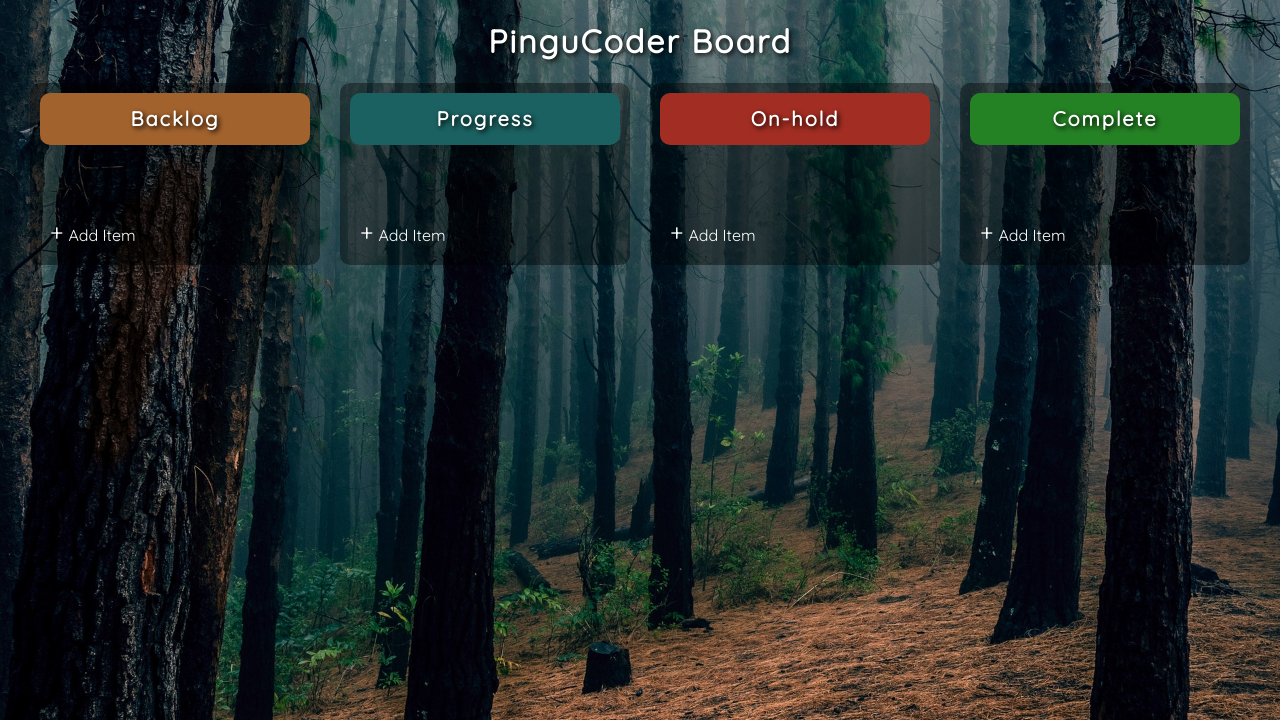
Repository: chanwarichawki/6Drag-And-Drop
Page: index.html
These files come from the project's save history. The page is drawn as it stood at one moment and after the next save; the edit follows.
The browser window is 1280 px wide. The pictures show the whole page.

Above is the page before, as saved 2023-12-26 16:25:54.

### index.html
<!DOCTYPE html>
<html lang="en">
<head>
    <meta charset="UTF-8">
    <meta name="viewport" content="width=device-width, initial-scale=1.0">
    <title>Drag and Drop</title>
    <link rel="icon" type="image/png" href="favicon.png">
    <link rel="stylesheet" href="style.css">
</head>
<body>
    <h1 class="main-title">PinguCoder Board</h1>
    <div class="drag-container">
      <ul class="drag-list">
        <!-- backLog column -->
        <li class="drag-column backlog-column">
        <span class="header">
          <h1>Backlog</h1>
        </span>
        <!-- backLog content -->
        <div id="backlog-content" class="custom-scroll">
          <ul class="drag-item-list" id="backlog-list">
            <li class="drag-item">testing</li>
            <li class="drag-item">testing</li>
            <li class="drag-item">testing</li>
          </ul>
        </div>
        <!-- add button group -->
        <div class="add-btn-group">
          <div class="add-btn">
            <span class="plus-sign">+</span>
            <span>Add Item</span>
          </div>
          <div class="add-btn solid">
            <span>Sve Item</span>
          </div>
          <div class="add-container">
            <div class="add-item"></div>
          </div>
        </div>
      </li>


        <!-- progress column -->
        <li class="drag-column progress-column">
        <span class="header">
          <h1>Progress</h1>
        </span>
        <!-- progress content -->
        <div id="progress-content" class="custom-scroll">
          <ul class="drag-item-list" id="progress-list">
            <li class="drag-item">testing</li>
            <li class="drag-item">testing</li>
            <li class="drag-item">testing</li>
          </ul>
        </div>
        <!-- add button group -->
        <div class="add-btn-group">
          <div class="add-btn">
            <span class="plus-sign">+</span>
            <span>Add Item</span>
          </div>
          <div class="add-btn solid">
            <span>Sve Item</span>
          </div>
          <div class="add-container">
            <div class="add-item"></div>
          </div>
        </div>
      </li>


        <!-- on-hold column -->
        <li class="drag-column on-hold-column">
        <span class="header">
          <h1>On-hold</h1>
        </span>
        <!-- on-hold content -->
        <div id="on-hold-content" class="custom-scroll">
          <ul class="drag-item-list" id="on-hold-list">
            <li class="drag-item">testing</li>
            <li class="drag-item">testing</li>
            <li class="drag-item">testing</li>
          </ul>
        </div>
        <!-- add button group -->
        <div class="add-btn-group">
          <div class="add-btn">
            <span class="plus-sign">+</span>
            <span>Add Item</span>
          </div>
          <div class="add-btn solid">
            <span>Sve Item</span>
          </div>
          <div class="add-container">
            <div class="add-item"></div>
          </div>
        </div>
      </li>


        <!-- complete column -->
        <li class="drag-column complete-column">
        <span class="header">
          <h1>Complete</h1>
        </span>
        <!-- complete content -->
        <div id="complete-content" class="custom-scroll">
          <ul class="drag-item-list" id="complete-list">
            <li class="drag-item">testing</li>
            <li class="drag-item">testing</li>
            <li class="drag-item">testing</li>
            <li class="drag-item">Lorem ipsum dolor sit, amet consectetur adipisicing elit. Officia placeat sit iure deleniti reprehenderit non hic ea asperiores voluptates quod dignissimos, nulla ab veritatis? Vero iure sequi neque facere consectetur.
            Sit explicabo fugiat obcaecati voluptates vitae non, quia laboriosam, libero rem odit perferendis excepturi ex totam? Dolor molestias, qui dignissimos minima nulla, optio maiores minus modi commodi alias vitae pariatur?
            Voluptates, modi eum consequatur facilis asperiores assumenda repellendus laboriosam eligendi sunt quos ut, cum, numquam mollitia fugiat provident alias id adipisci! Culpa adipisci explicabo, voluptatibus nulla quaerat voluptatem ab mollitia?
            Ab ad repellendus labore incidunt ducimus officia vero sequi. Sint harum reprehenderit non quia quibusdam at dignissimos assumenda illum, ipsum voluptatem sed provident iusto pariatur ut nisi et illo quae.</li>
          </ul>
        </div>
        <!-- add button group -->
        <div class="add-btn-group">
          <div class="add-btn">
            <span class="plus-sign">+</span>
            <span>Add Item</span>
          </div>
          <div class="add-btn solid">
            <span>Sve Item</span>
          </div>
          <div class="add-container">
            <div class="add-item"></div>
          </div>
        </div>
      </li>


      </ul>
    </div>
    <!-- Script -->
    <script src="script.js"></script>
</body>
</html>

### style.css
/* Trees Image - Pexels: https://www.pexels.com/photo/photo-of-trees-in-forest-3801030/ */
@import url("https://fonts.googleapis.com/css?family=Quicksand&display=swap");

html {
  box-sizing: border-box;
}

:root {
  --column-1: #a2622d;
  --column-2: #1b6161;
  --column-3: #248224;
  --column-4: #a22d22;
}

body {
  margin: 0;
  background: url("./trees.jpg");
  background-size: cover;
  background-position: 50% 60%;
  background-attachment: fixed;
  color: white;
  font-family: Quicksand, sans-serif;
  overflow-y: hidden;
}

h1 {
  letter-spacing: 2px;
  text-shadow: 2px 2px 5px black;
}

.main-title {
  text-align: center;
  font-size: 3rem;
}

ul {
  list-style-type: none;
  margin: 0;
  padding: 0;
}

.drag-container {
  margin: 20px;
}

.drag-list {
  display: flex;
  align-items: flex-start;
}

/* Columns */
.drag-column {
  flex: 1;
  margin: 0 10px;
  position: relative;
  background-color: rgba(0, 0, 0, 0.4);
  border-radius: 10px;
  overflow-x: hidden;
}

.backlog-column .header,
.backlog-column .solid,
.backlog-column .solid:hover,
.backlog-column .over {
  background-color: var(--column-1);
}

.progress-column .header,
.progress-column .solid,
.progress-column .solid:hover,
.progress-column .over {
  background-color: var(--column-2);
}

.complete-column .header,
.complete-column .solid,
.complete-column .solid:hover,
.complete-column .over {
  background-color: var(--column-3);
}

.on-hold-column .header,
.on-hold-column .solid,
.on-hold-column .solid:hover,
.on-hold-column .over {
  background-color: var(--column-4);
}

/* Custom Scrollbar */
.custom-scroll {
  overflow-y: auto;
  max-height: 52vh;
}

.custom-scroll::-webkit-scrollbar-track {
  box-shadow: inset 0 0 6px rgba(0, 0, 0, 0.4);
  border-radius: 10px;
  background-color: rgba(255, 255, 255, 0.3);
  margin-right: 5px;
}

.custom-scroll::-webkit-scrollbar {
  width: 10px;
}

.custom-scroll::-webkit-scrollbar-thumb {
  border-radius: 10px;
  box-shadow: inset 0 0 6px rgba(0, 0, 0, 0.3);
  background-color: rgba(0, 0, 0, 0.8);
}

.header {
  display: flex;
  justify-content: center;
  border-radius: 10px;
  margin: 10px;
}

.header h1 {
  font-size: 1.25rem;
}

/* Drag and Drop */
.over {
  padding: 50px 10px;
}

.drag-item-list {
  min-height: 50px;
}

.drag-item {
  margin: 10px;
  padding: 10px;
  height: fit-content;
  background-color: rgba(0, 0, 0, 0.8);
  border-radius: 10px;
  line-height: 1.5rem;
  letter-spacing: 1px;
  cursor: pointer;
}

.drag-item:focus {
  outline: none;
  background-color: white;
  color: black;
}

/* Add Button Group */
.add-btn-group {
  display: flex;
  justify-content: space-between;
}

.add-btn {
  margin: 10px;
  padding: 5px 10px;
  display: flex;
  align-items: center;
  cursor: pointer;
  width: fit-content;
  border-radius: 5px;
  transition: all 0.3s ease-in;
  user-select: none;
}

.add-btn:hover {
  background-color: rgba(255, 255, 255, 0.9);
  color: black;
}

.add-btn:active {
  transform: scale(0.97);
}

.solid {
  display: none;
}

.solid:hover {
  transition: unset;
  filter: brightness(95%);
  color: white;
}

.plus-sign {
  font-size: 1.5rem;
  margin-right: 5px;
  position: relative;
  top: -3px;
}

.add-container {
  margin: 10px;
  padding: 5px 10px;
  border-radius: 10px;
  background-color: rgba(255, 255, 255, 0.9);
  min-height: 100px;
  display: none;
}

.add-item {
  width: 100%;
  min-height: 100px;
  height: auto;
  background-color: white;
  border-radius: 10px;
  margin: 5px auto;
  resize: none;
  color: black;
  padding: 10px;
}

.add-item:focus {
  outline: none;
}

/* Media Query: Laptop */
@media screen and (max-width: 1800px) {
  .main-title {
    font-size: 2rem;
  }
}

/* Media Query: Large Smartphone (Vertical) */
@media screen and (max-width: 600px) {
  body {
    overflow-y: auto;
  }

  .drag-container {
    margin: 0;
  }

  .drag-list {
    display: block;
  }

  .drag-column {
    margin: 10px;
  }
}

### script.js
const addBtns = document.querySelectorAll('.add-btn:not(.solid)');
const saveItemBtns = document.querySelectorAll('.solid');
const addItemContainers = document.querySelectorAll('.add-container');
const addItems = document.querySelectorAll('.add-item');
// Item Lists
const itemLists = document.querySelectorAll('.drag-item-list');
const backlogList = document.getElementById('backlog-list');
const progressList = document.getElementById('progress-list');
const completeList = document.getElementById('complete-list');
const onHoldList = document.getElementById('on-hold-list');

// Items
let updatedOnLoad = false;

// Initialize Arrays
let backlogListArray = [];
let progressListArray = [];
let completeListArray = [];
let onHoldListArray = [];
let listArrays = [];

// Drag Functionality


// Get Arrays from localStorage if available, set default values if not
function getSavedColumns() {
  if (localStorage.getItem('backlogItems')) {
    backlogListArray = JSON.parse(localStorage.backlogItems);
    progressListArray = JSON.parse(localStorage.progressItems);
    completeListArray = JSON.parse(localStorage.completeItems);
    onHoldListArray = JSON.parse(localStorage.onHoldItems);
  } else {
    backlogListArray = ['Release the course', 'Sit back and relax'];
    progressListArray = ['Work on projects', 'Listen to music'];
    completeListArray = ['Being cool', 'Getting stuff done'];
    onHoldListArray = ['Being uncool'];
  }
}

//getSavedColumns();
//updateSavedColumns();



// Set localStorage Arrays
function updateSavedColumns() {
  //localStorage.setItem('backlogItems', JSON.stringify(backlogListArray));
  //localStorage.setItem('progressItems', JSON.stringify(progressListArray));
  //localStorage.setItem('completeItems', JSON.stringify(completeListArray));
  //localStorage.setItem('onHoldItems', JSON.stringify(onHoldListArray));
  listArrays = [backlogListArray, progressListArray, completeListArray, onHoldListArray]
  const arrayNames = ['backlog', 'progress', 'complete', 'onHold'];
  arrayNames.forEach((arrayName, index) => {
    localStorage.setItem(`${arrayName}Items`, JSON.stringify(listArrays[index]))
  })
}

// Create DOM Elements for each list item
function createItemEl(columnEl, column, item, index) {

  //console.log('columnEl:', columnEl);
  //console.log('column:', column);
  //console.log('item:', item);
  //console.log('index:', index);

  // List Item
  const listEl = document.createElement('li');
  listEl.classList.add('drag-item');
  listEl.textContent
}

// Update Columns in DOM - Reset HTML, Filter Array, Update localStorage
function updateDOM() {
  // Check localStorage once
   if (!updatedOnLoad) {
    getSavedColumns();
   }
  // Backlog Column
    backlogList.textContent = '';
    backlogListArray.forEach((backlogItems, index) => {
      createItemEl(backlogList, 0, backlogItems, index);
    })
  // Progress Column
    progressList.textContent = '';
    progressListArray.forEach((progressItems, index) => {
      createItemEl(progressList, 0, progressItems, index);
    })
  // Complete Column
    completeList.textContent = '';
    completeListArray.forEach((completeItems, index) => {
      createItemEl(completeList, 0, completeItems, index);
  })
  // On Hold Column
     onHoldList.textContent = '';
     onHoldListArray.forEach((onHoldItems, index) => {
      createItemEl(onHoldList, 0, onHoldItems, index);
    })
  // Run getSavedColumns only once, Update Local Storage

}

// on load
updateDOM();

After the next save:
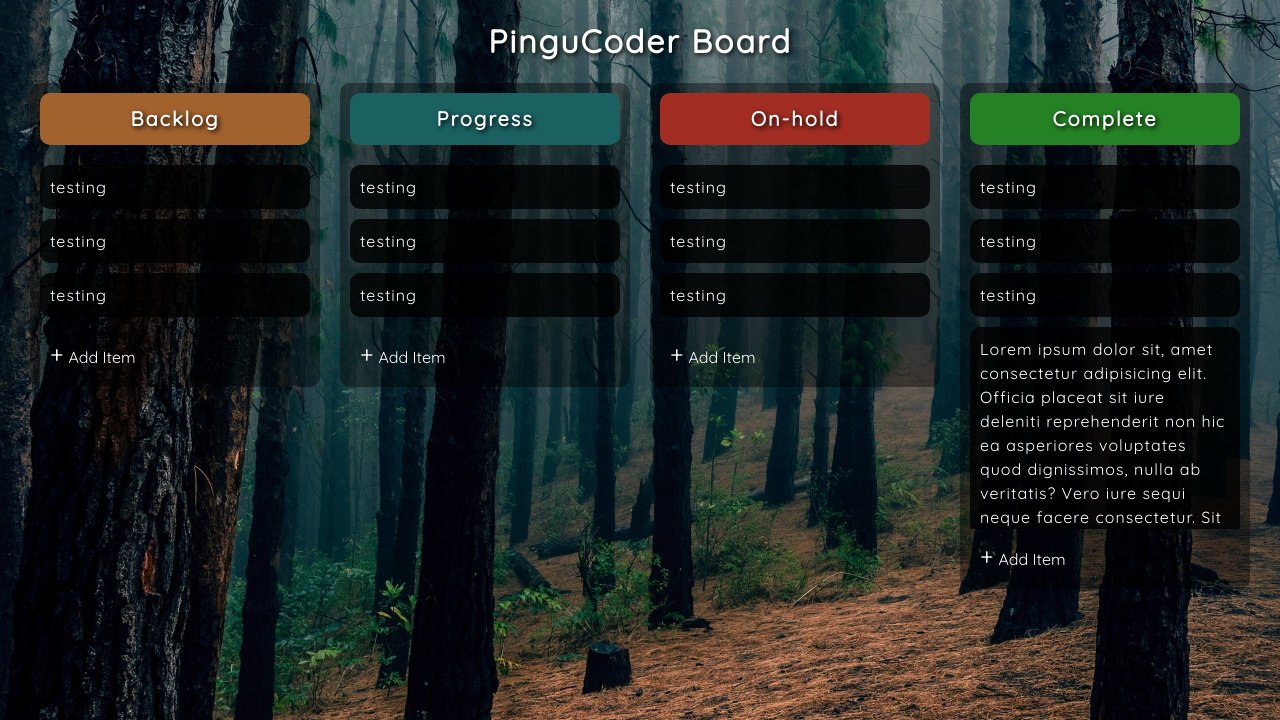
Console error: SyntaxError: Unexpected token '}'
Saved 25 s later.
--- a/script.js
+++ b/script.js
@@ -66,7 +66,7 @@
   // List Item
   const listEl = document.createElement('li');
   listEl.classList.add('drag-item');
-  listEl.textContent
+  listEl.textContent =
 }
 
 // Update Columns in DOM - Reset HTML, Filter Array, Update localStorage

After the 4 saves that followed:
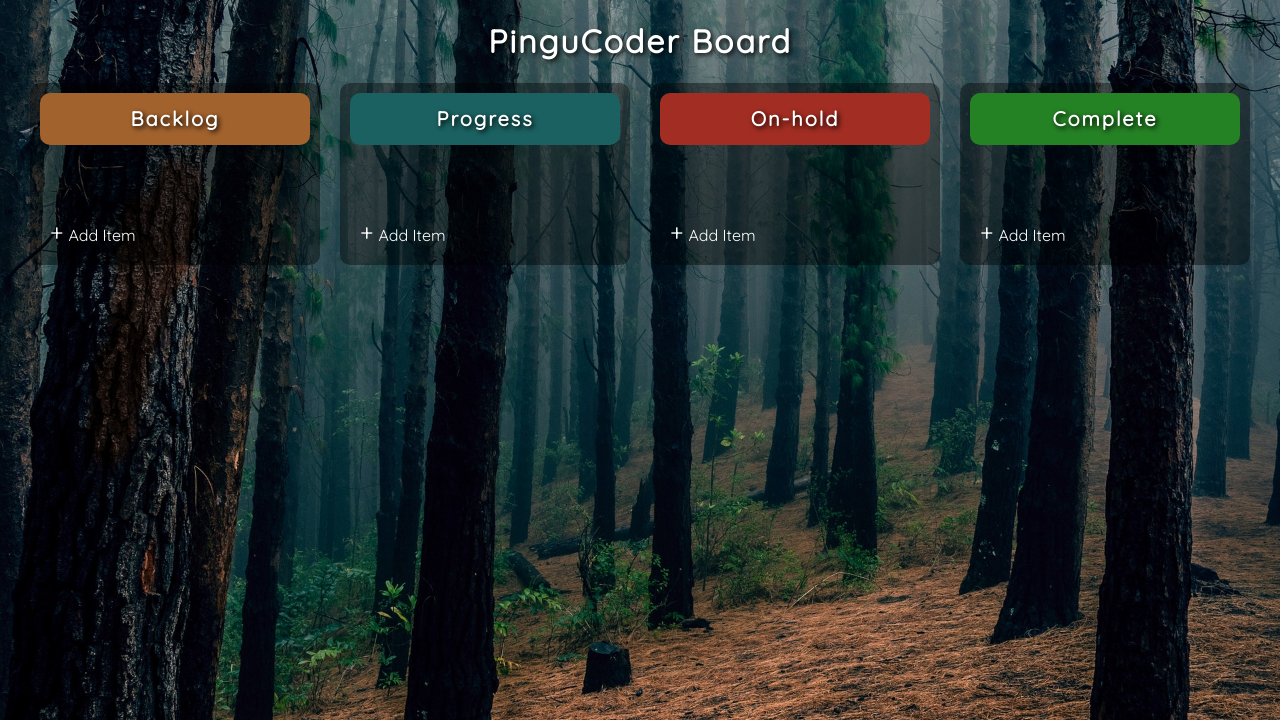
The error is gone.
The 4 saves are shown as one change because they came seconds apart.
The last was saved 13 s later.
--- a/script.js
+++ b/script.js
@@ -66,7 +66,8 @@
   // List Item
   const listEl = document.createElement('li');
   listEl.classList.add('drag-item');
-  listEl.textContent =
+  listEl.textContent = item;
+  //
 }
 
 // Update Columns in DOM - Reset HTML, Filter Array, Update localStorage
